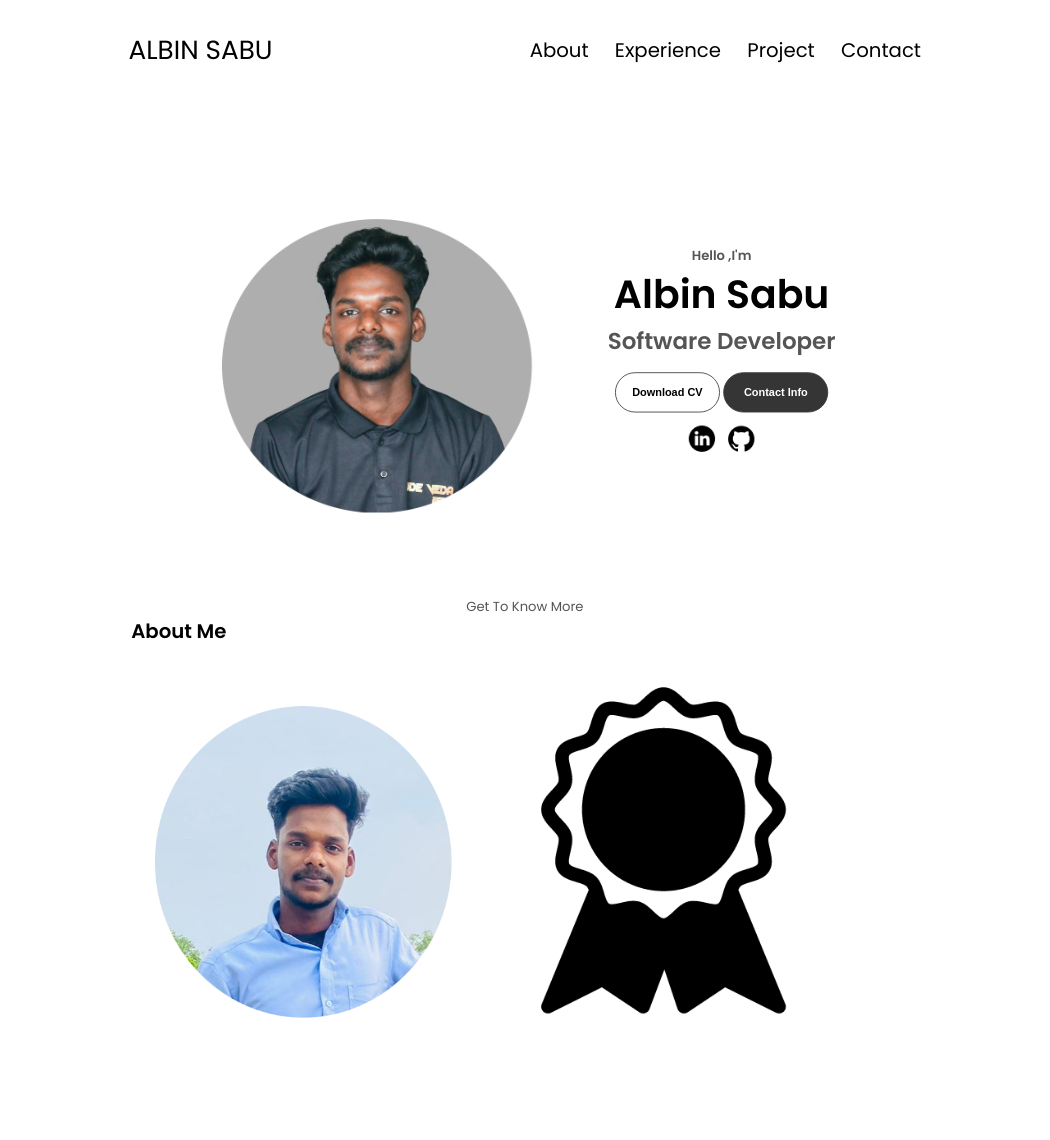
Repository: albinsabu2023/albinsabu
Page: index.html
These files come from the project's save history. The page is drawn as it stood at one moment and after the next save; the edit follows.
The browser window is 1280 px wide. The pictures show the whole page, at 82% of full size.

Above is the page before, as saved 2023-08-30 11:49:59.

### index.html
<!DOCTYPE html>
<html lang="en">
<link>
    <meta charset="UTF-8">
    <meta name="viewport" content="width=device-width, initial-scale=1.0">
    <title>Albin Sabu</title>
    <link rel="stylesheet" href="style.css"/>
    <link rel="stylesheet" href="mediaqueries.css">
</head>
<body>
    <nav id="desktop-nav">
        <div class="logo">
            ALBIN SABU
        </div>
        <div>
            <ul class="nav-links">
                <li><a href="#about">About</a></li>
                <li><a href="#experience">Experience</a></li>
                <li><a href="#project">Project</a></li>
                <li><a href="#contact">Contact</a></li>
            </ul>
        </div>
    </nav>
    <nav id="hamburger-nav">
        <div clas="logo"> ALBIN SABU</div>
        <div class="hamburger-menu">
            <div class="hamburger-icon" onclick="toggleMenu()">
                <span></span>
                <span></span>
                <span></span>
            </div>
            <div class="menu-links">
                <li><a href="#about" onclick="toggleMenu()">About</a></li>
                <li><a href="#about" onclick="toggleMenu()">Experience</a></li>
                <li><a href="#about" onclick="toggleMenu()">Project</a></li>
                <li><a href="#about" onclick="toggleMenu()">Contact</a></li>
            </div>
        </div>
    </nav>
    <section id="profile">
        <div class="section__pic-container">
            <img src="./assets/Albin Sabu2.png" alt="profile-pic">
        </div>
        <div class="section__text">
            <p class="section__text__p1">Hello ,I'm</p>
            <h1 class="title">Albin Sabu</h1>
            <p class="section__text__p2">Software Developer</p>
            <div class="btn_container">
                <button class="btn btn-color-2" onclick="window.open('./assets/Albin sabu.pdf')">Download CV</button>
                <button class="btn btn-color-1" onclick="location.href='#contact'">Contact Info</button>
            </div>
            <div id="social-container">
                <img src="./assets/linkedin.png" alt="My Linkedin Profile" class="icon" onclick="location.href='https://www.linkedin.com/in/albin-sabu-377798230'">
                <img src="./assets/github.png" alt="My Github Profile" class="icon" onclick="location.href='https://github.com/albinsabu2023'">

            </div>
        </div>
    </section>
    <section id="about">
        <p class="section__text__p1">Get To Know More</p>
        <h1>About Me</h1>
        <div class="section-container">
            <div class="section__pic-container">
                <img src="./assets//about-pic.png" alt="profilepicture" class="about-pic">
            </div>
            <div class="about-details-container">
                <div class="about-container">
                    <div class="details-container">
                        <img src="./assets/experience.png" alt="experience icon" class="">
                    </div>
                </div>

            </div>
        </div>
    </section>
    <script src="script.js"></script>
</body>
</html>

### style.css
@import url('https://fonts.googleapis.com/css2?family=Poppins:ital,wght@0,300;0,400;0,500;0,600;1,200;1,300;1,500;1,600&display=swap');

* {
    margin: 0;
    padding: 0;
}

body {
    font-family: 'Poppins', sans-serif;
}

html {
    scroll-behavior: smooth;
}

p {
    color: rgb(85, 85, 85);
}

a,
.btn {
    transition: all 300ms ease
}

/* Desktop navigation */
nav,
.nav-links {
    display: flex;

}

nav {
    justify-content: space-around;
    align-items: center;
    height: 17vh;

}

.nav-links {
    gap: 2rem;
    list-style: none;
    font-size: 1.5rem;
}
a{
    color:black;
    text-decoration: none;
    text-decoration-color: white;
}

a:hover{
    color:gray;
    text-decoration:underline;
    text-underline-offset:1rem ;
    text-decoration-color:rgb(181,181,181);
}

.logo{
    font-size:2rem;
}

#hamburger-nav{
    display:none;
}
.hamburger-menu{
    position: relative;
    display:inline-block;
}
.hamburger-icon{
    display: flex;
    flex-direction: column;
    justify-content: space-between;
    height: 24px;
    width: 30px;
    cursor: pointer;
}

.hamburger-icon span{
    width:100%;
    height: 2px;
    background-color: black;
    transition: all 0.3 ease-in-out;
}

.menu-links{
    position:absolute;
    top:100%;
    right:0%;

    width: fit-content;
    max-height: 0;
    overflow: hidden;
    transition: all 0.3 ease-in-out;
}

.menu-links{
    display: block;
    padding: 10px;
    text-align: center;
    font-size: 1.5rem;
    color: black;
    text-decoration: none;
    transform: all 0.3 ease-in-out;
}

.menu-links li{
    list-style: none;

}

.menu-links.open{
    max-height: 300px;
}

.hamburger-icon.open span:first-child{
    transform:rotate(45deg) translate(10px,5px);
}
.hamburger-icon.open span:nth-child(2){
   opacity:0;
}
.hamburger-icon.open span:last-child{
    transform:rotate(-45deg) translate(10px,-5px);
}

.hamburger-icon span:first-child{
    transform: none;
}
.hamburger-icon span:first-child{
    opacity:1;
}
.hamburger-icon span:first-child{
    transform: none;
}

section{
    padding-top:4vh ;
    height: 96vh;
    margin: 0 10rem;
    box-sizing: border-box;
    min-height: fit-content;
}

.section-container{
    display: flex;
}

#profile{
    display: flex;
    justify-content: center;
    gap: 5rem;
    height:  80vh;
}

.section__pic-container{
    display: flex;
    height: 400px;
    width: 400px;
    margin: auto 0;
}

.section__text{

    align-self:center;
    text-align: center;
}

.section__text p{
    font-weight: 600;
}
.section__text__p1{
    text-align: center;

}
.section__text__p2 {

    font-size: 1.75rem;
    margin-bottom: 1rem;
}

.title{
    font-size:3rem;
    text-align: center;
}
#social-container{
    display: flex;
    justify-content: center;
    margin-top: 1rem;
    gap: 1rem;
}

/* icon */
.icon{
    cursor: pointer;
    height: 2rem;
}

.btn-container{
    display: flex;
    justify-content:center;
    gap: 1rem;
}
.btn{
    font-weight: 600;
    transition: all 300ms ease;
    padding: 1rem;
    width: 8rem;
    border-radius: 2rem;

}

.btn-color-1,.btn-color-2{
    border:rgb(53,53,53) 0.1rem solid;
}
.btn-color-1:hover,
.btn-color-2:hover {
   cursor:pointer
}
.btn-color-1,
.btn-color-2:hover {
   background: rgb(53,53,53);
   color: white;
}

.btn-color-1:hover{
    background-color: rgb(0,0,0);

}
.btn-color-2{
    background:none
    ;
}
.btn-color-2:hover{
    border:rgb(255,255,255) 0.1rem solid;
}

### mediaqueries.css
@media screen and (max-width:1200px){
    #desktop-nav{
        display: none;
    }
    #hamburger-nav{
        display: flex;
    }
}

Loaded but not shown: script.js (common file)

After the next save:
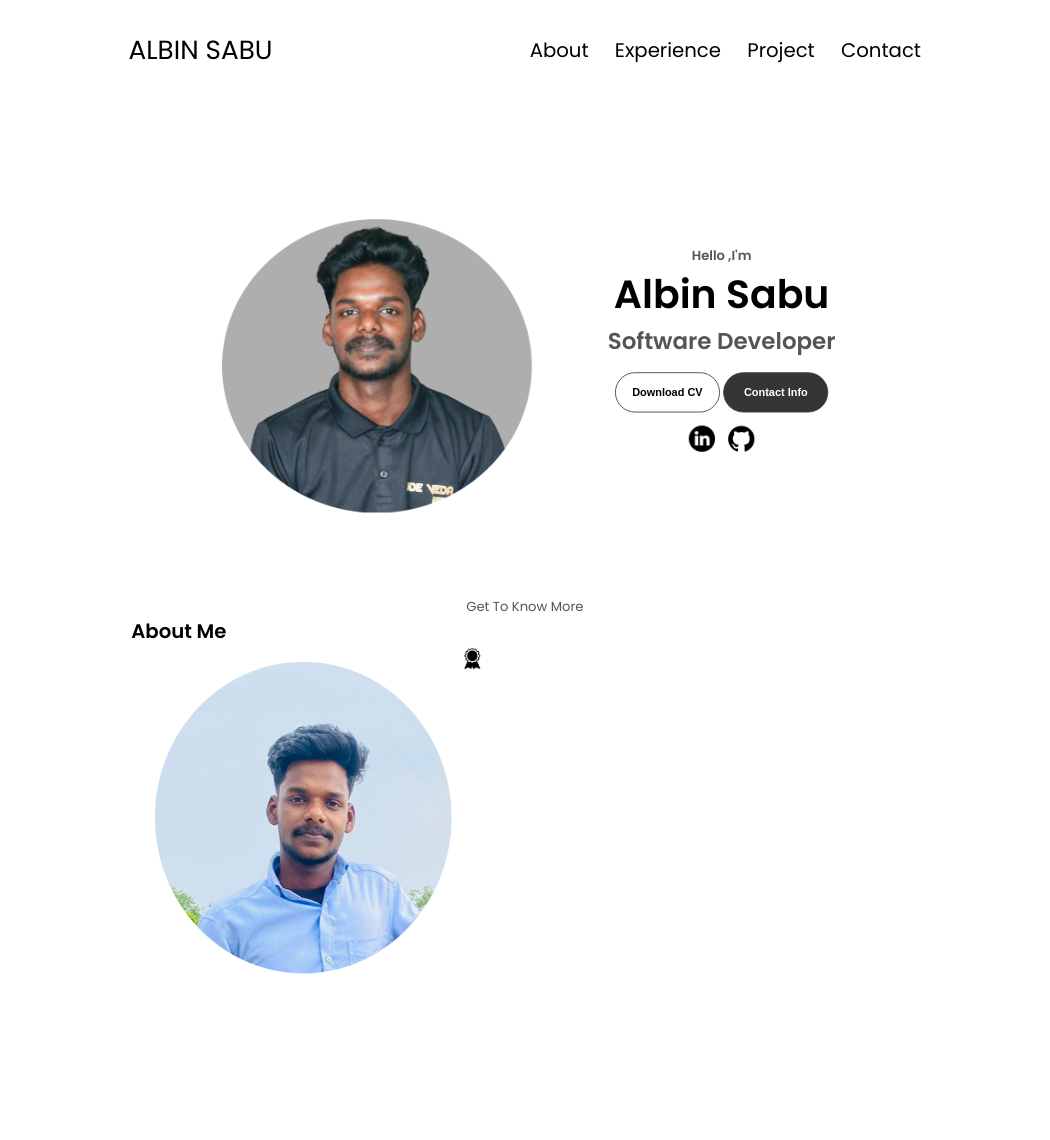
Saved 15 s later.
--- a/index.html
+++ b/index.html
@@ -66,7 +66,7 @@
             <div class="about-details-container">
                 <div class="about-container">
                     <div class="details-container">
-                        <img src="./assets/experience.png" alt="experience icon" class="">
+                        <img src="./assets/experience.png" alt="experience icon" class="icon">
                     </div>
                 </div>
 
